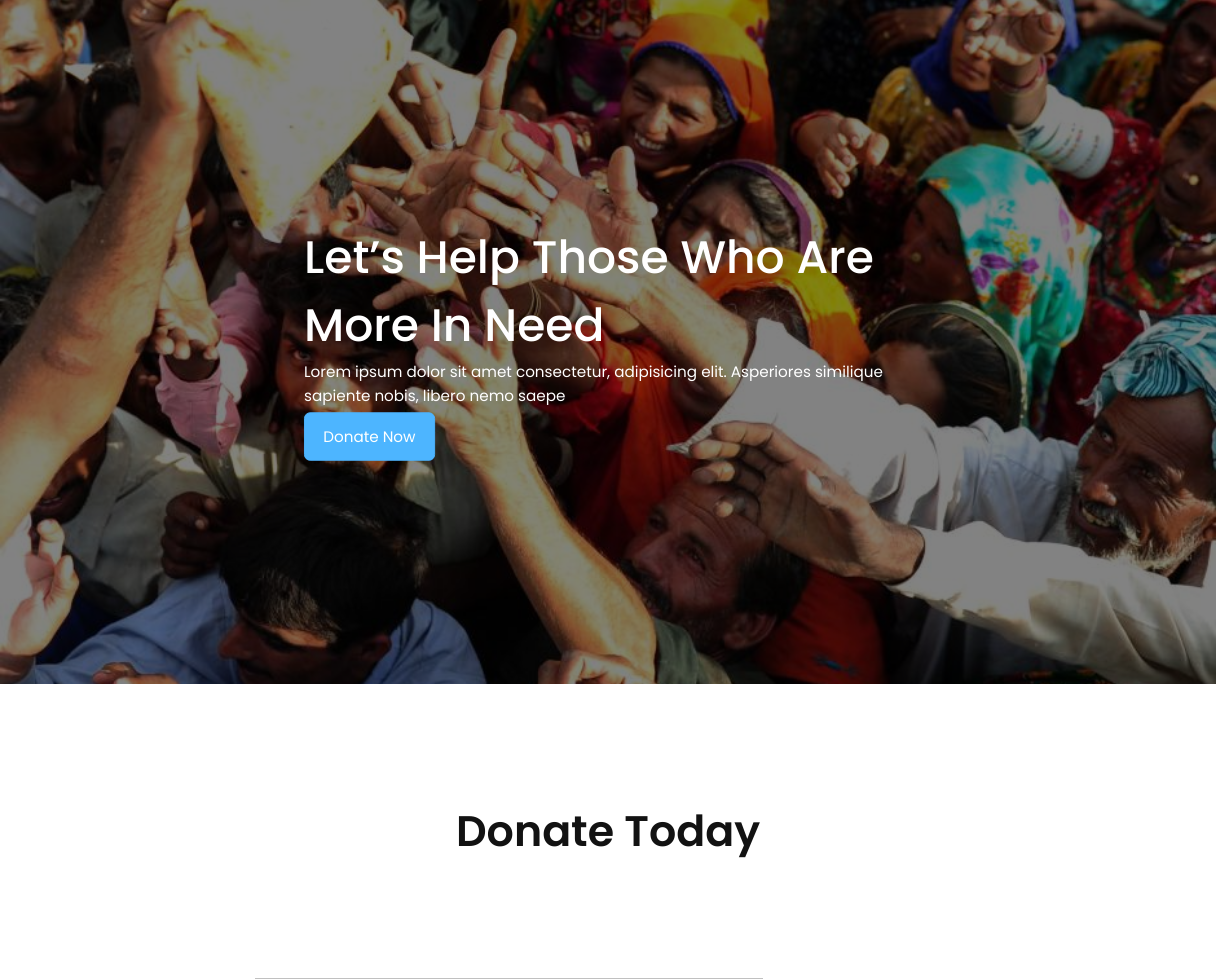
Repository: mdrubel02/donate-website
Page: index.html
The author's editor kept a copy of each file at every save. The page is drawn from the files as they stood at one save, then again after the next save.
The browser window is 1280 px wide. The pictures show the whole page, at 95% of full size.

Above is the page before, as saved 2022-07-06 12:47:12.

### index.html
<!DOCTYPE html>
<html lang="en">
<head>
    <meta charset="UTF-8">
    <meta http-equiv="X-UA-Compatible" content="IE=edge">
    <meta name="viewport" content="width=device-width, initial-scale=1.0">
    <title>Our Donate Website</title>
    <link rel="stylesheet" href="./index.css">
</head>
<body>
    <!-- banner section -->
    <section class="banner-section">
            <div class="banner-content">
                <h1>Let’s Help Those Who Are More In Need</h1>
                <p>Lorem ipsum dolor sit amet consectetur, adipisicing elit. Asperiores similique sapiente nobis, libero nemo saepe</p>
                <a href="" class="btn btn-primary">Donate Now</a>
            </div>
    </section>

    <!-------- Donate Today------->
    <section class="container">
            <h2 class="section-title">Donate Today</h2>
    </section>
</body>
</html>

### index.css
/* =====GOOGLE FONTS====== */
@import url('https://fonts.googleapis.com/css2?family=Poppins:wght@300;400;500;600&display=swap');

/* =====COMMON STYLES====== */
* {
    margin: 0;
    padding: 0;
    border: 0;
    outline: 0;
    list-style: none;
    text-decoration: none;
}

body {
    font-family: 'Poppins', sans-serif;
    color: #fff;
}

h1,
h2,
h3,
h4,
h5,
h6 {
    font-weight: 500;
}

img {
    display: block;
    width: 100%;
    object-fit: cover;
}

.container {
    max-width: 1200px;
    margin: 0 auto;
    padding: 0 30px;
    margin-top: 10%;
    margin-bottom: 10%;
    box-sizing: border-box;
}

a {
    color: #fff;
    transition: all 400ms ease;
}

a:hover {
    color: #fff;
}

.btn {
    text-align: center;
    width: max-content;
    display: inline-block;
    color: #fff;
    padding: 0.75rem 1.2rem;
    border-radius: 0.4rem;
    border: 1px solid #4db5ff;
    cursor: pointer;
    transition: all 400ms ease;
}

.btn:hover {
    background: #fff;
    color: #4db5ff;
    border: 1px solid #4db5ff;
}

.btn-primary {
    background: #4db5ff;
    color: #fff;
}

.section-title {
    color: #121212;
    font-weight: 700;
    font-size: 45px;
    line-height: 54px;
    text-align: center;
}

hr {
    border: 1px solid #DADADA;
}


/* ========BANNER SECTION STYLE======== */

.banner-section {
    background-image: url(./images/donation0.jpg);
    background-repeat: no-repeat;
    background-size: cover;
    background-position: center center;
    height: 100vh;
    width: 100%;
    position: relative;
    z-index: 1;
    display: flex;
    flex-direction: column;
    justify-content: center;
    align-items: center;

}

.banner-section:after {
    content: "";
    position: absolute;
    top: 0;
    left: 0;
    width: 100%;
    height: 100%;
    background-color: rgba(0, 0, 0, 0.7);
    opacity: .7;
    z-index: -5;
}

.banner-content {
    width: 50%;

}

.banner-content h1 {
    font-size: 3rem;
}

.banner-content p {
    margin-bottom: 5px;
}

After the next save:
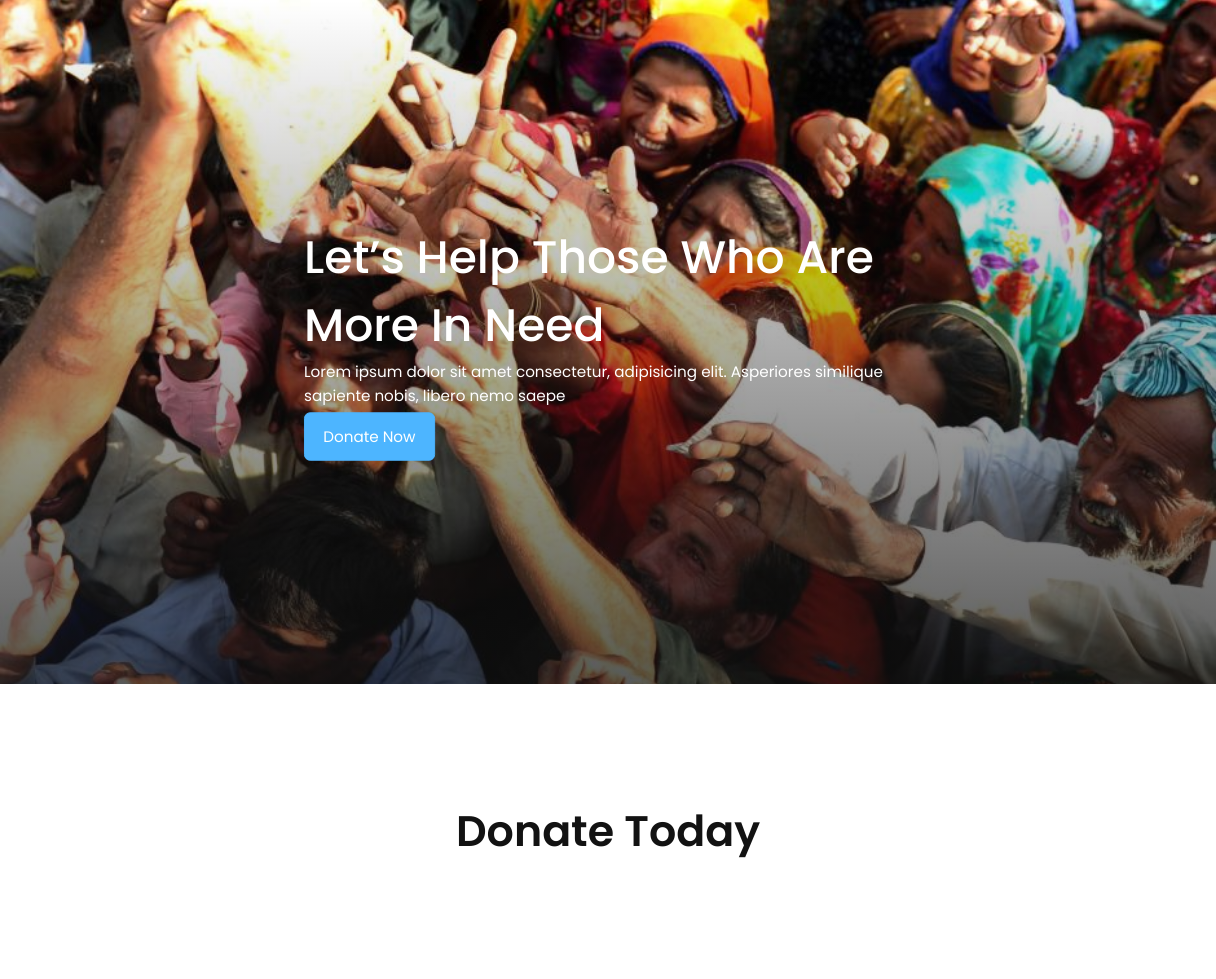
Saved 2 min 2 s later.
--- a/index.css
+++ b/index.css
@@ -101,6 +101,7 @@ hr {
     justify-content: center;
     align-items: center;
 
+
 }
 
 .banner-section:after {
@@ -110,7 +111,7 @@ hr {
     left: 0;
     width: 100%;
     height: 100%;
-    background-color: rgba(0, 0, 0, 0.7);
+    background: linear-gradient(360deg, #121212 0%, rgba(18, 18, 18, 0) 100%);
     opacity: .7;
     z-index: -5;
 }
